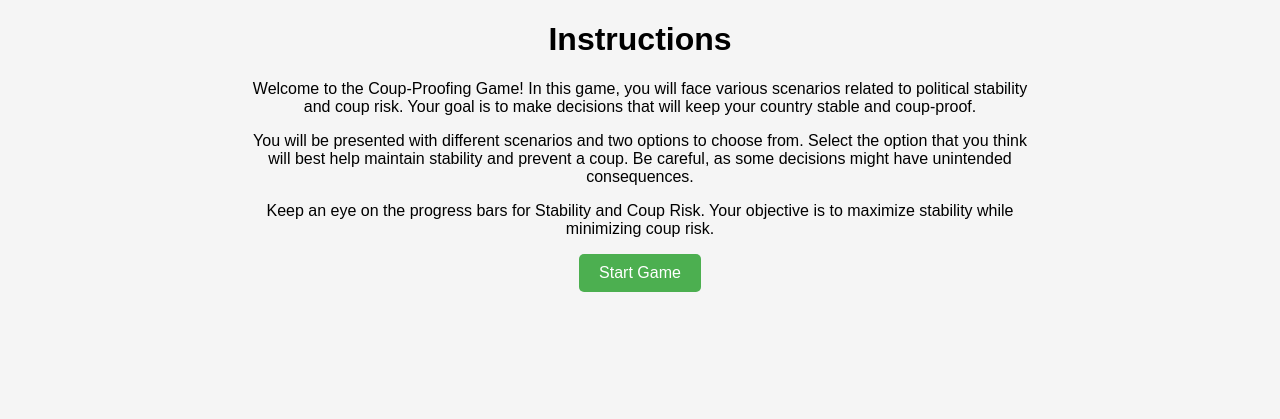
Repository: tyfeeney/Coup-Proofing-Alpha
Page: instructions.html
An editor plug-in stored every save of this project. The page is shown before and after the next save, followed by the edit.
The browser window is 1280 px wide. The pictures show the whole page.

Above is the page before, as saved 2023-04-25 21:50:00.

### instructions.html
<!DOCTYPE html>
<html lang="en">
<head>
  <meta charset="UTF-8">
  <meta name="viewport" content="width=device-width, initial-scale=1.0">
  <link rel="stylesheet" href="styles.css">
  <title>Instructions - Coup-Proofing Game</title>
</head>
<body>
  <div class="container">
    <h1>Instructions</h1>
    <p>
      Welcome to the Coup-Proofing Game! In this game, you will face various scenarios related to political stability and coup risk. Your goal is to make decisions that will keep your country stable and coup-proof.
    </p>
    <p>
      You will be presented with different scenarios and two options to choose from. Select the option that you think will best help maintain stability and prevent a coup. Be careful, as some decisions might have unintended consequences.
    </p>
    <p>
      Keep an eye on the progress bars for Stability and Coup Risk. Your objective is to maximize stability while minimizing coup risk.
    </p>
    <button onclick="window.location.href='index.html'">Start Game</button>
  </div>
</body>
</html>

### styles.css
body {
    font-family: Arial, sans-serif;
    background-color: #f5f5f5;
  }

  .container {
    max-width: 800px;
    margin: 0 auto;
    text-align: center;
  }

  .card {
    background-color: white;
    padding: 20px;
    margin: 20px;
    border-radius: 10px;
    box-shadow: 0 4px 6px rgba(0, 0, 0, 0.1);
  }

  .buttons {
    display: flex;
    justify-content: center;
    gap: 10px;
  }

  button {
    background-color: #4CAF50;
    color: white;
    border: none;
    border-radius: 5px;
    padding: 10px 20px;
    font-size: 16px;
    cursor: pointer;
  }

  .progress-container {
    display: flex;
    justify-content: space-around;
    margin-bottom: 20px;
  }

  button:hover {
    background-color: #45a049;
  }

  .timer, .score {
    font-size: 18px;
    margin-top: 20px;
  }

@keyframes blinkRed {
    0% { background-color: #ff0000; }
    50% { background-color: transparent; }
    100% { background-color: #ff0000; }
  }

  @keyframes blinkGreen {
    0% { background-color: #00ff00; }
    50% { background-color: transparent; }
    100% { background-color: #00ff00; }
  }

  progress.blink-red {
    animation: blinkRed 2.5s 2;
  }

  progress.blink-green {
    animation: blinkGreen 3.5s 2;
  }

  .change {
    font-size: 14px;
    font-weight: bold;
    margin-left: 10px;
  }

  .change.increase {
    color: green;
  }

  .change.decrease {
    color: red;
  }

After the next save:
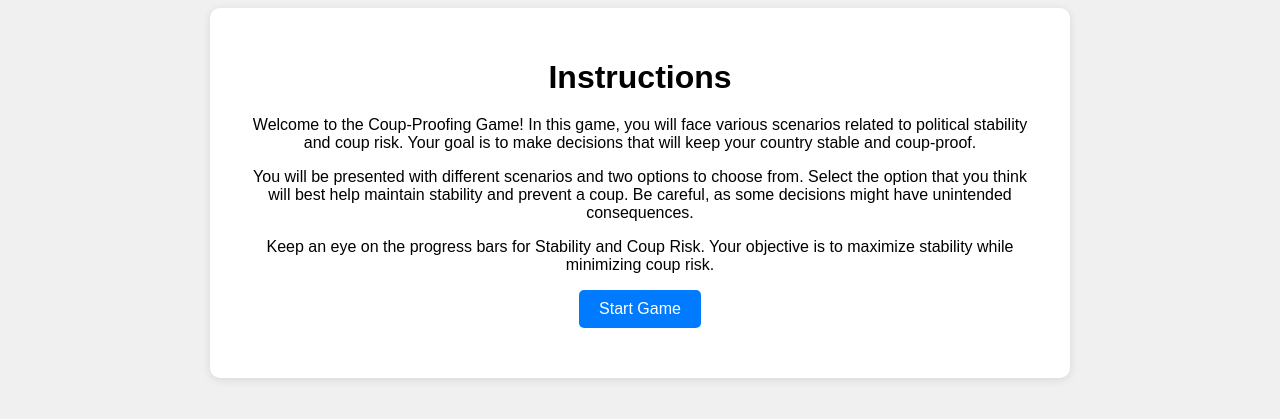
Saved 28 s later.
--- a/styles.css
+++ b/styles.css
@@ -1,83 +1,44 @@
 body {
     font-family: Arial, sans-serif;
-    background-color: #f5f5f5;
+    background-color: #f0f0f0;
   }
 
   .container {
     max-width: 800px;
     margin: 0 auto;
+    padding: 30px;
     text-align: center;
+    background-color: #fff;
+    border-radius: 10px;
+    box-shadow: 0 2px 10px rgba(0, 0, 0, 0.1);
   }
 
-  .card {
-    background-color: white;
-    padding: 20px;
-    margin: 20px;
-    border-radius: 10px;
-    box-shadow: 0 4px 6px rgba(0, 0, 0, 0.1);
-  }
-
-  .buttons {
-    display: flex;
-    justify-content: center;
-    gap: 10px;
+  h1 {
+    font-size: 2em;
+    margin-bottom: 20px;
   }
 
   button {
-    background-color: #4CAF50;
-    color: white;
+    background-color: #007bff;
+    color: #fff;
+    font-size: 1em;
+    padding: 10px 20px;
     border: none;
     border-radius: 5px;
-    padding: 10px 20px;
-    font-size: 16px;
     cursor: pointer;
-  }
-
-  .progress-container {
-    display: flex;
-    justify-content: space-around;
     margin-bottom: 20px;
   }
 
   button:hover {
-    background-color: #45a049;
+    background-color: #0056b3;
   }
 
-  .timer, .score {
-    font-size: 18px;
-    margin-top: 20px;
+  .card {
+    background-color: #f8f9fa;
+    border: 1px solid #ced4da;
+    border-radius: 5px;
+    padding: 20px;
+    margin-bottom: 20px;
   }
 
-@keyframes blinkRed {
-    0% { background-color: #ff0000; }
-    50% { background-color: transparent; }
-    100% { background-color: #ff0000; }
-  }
-
-  @keyframes blinkGreen {
-    0% { background-color: #00ff00; }
-    50% { background-color: transparent; }
-    100% { background-color: #00ff00; }
-  }
-
-  progress.blink-red {
-    animation: blinkRed 2.5s 2;
-  }
-
-  progress.blink-green {
-    animation: blinkGreen 3.5s 2;
-  }
-
-  .change {
-    font-size: 14px;
-    font-weight: bold;
-    margin-left: 10px;
-  }
-
-  .change.increase {
-    color: green;
-  }
-
-  .change.decrease {
-    color: red;
-  }
+  .buttons
